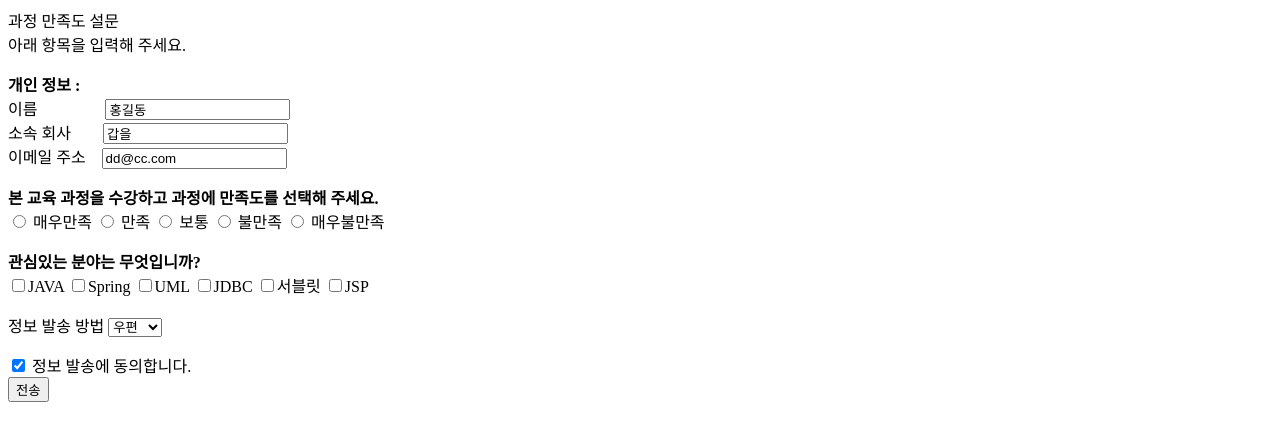
Repository: uj06134/Metabuild_JSP
Page: http://localhost/12_DB_Survey/insertForm.jsp
These files come from the project's save history. The page is drawn as it stood at one moment and after a run of saves; the edit follows.
The browser window is 1280 px wide. The pictures show the whole page.
The page is served by Tomcat 9. Other server files are loaded and not shown.

Above is the page before, as saved 2025-09-18 02:38:26.

### 12_DB_Survey/src/main/webapp/insertForm.jsp
<%@ page language="java" contentType="text/html; charset=UTF-8"
    pageEncoding="UTF-8"%>
<%@ taglib prefix="c" uri="http://java.sun.com/jsp/jstl/core" %>

<%
	application.setAttribute("flag","false");
%>

<body>
<%
	String[] satisfaction = {"매우만족","만족","보통","불만족","매우불만족"};
	String[] part = {"JAVA","Spring","UML","JDBC","서블릿","JSP"};
	pageContext.setAttribute("part",part);
%>

<form action="insert.sv" method="post">
	 과정 만족도 설문<br>
	 아래 항목을 입력해 주세요.<P>

	 <b>개인 정보 :</b><br>
	이름 　　　　<input type="text" name="name" value="홍길동"><br>
	소속 회사　　<input type="text" name="company" value="갑을"><br>
	이메일 주소　<input type="text" name="email" value="dd@cc.com"><br>
	<p>
	<b>본 교육 과정을 수강하고 과정에 만족도를 선택해 주세요.</b><br>
	<!-- <input type="radio" name = "satisfaction" value="매우만족" checked="checked">매우 만족
	<input type="radio" name = "satisfaction" value="만족">만족
	<input type="radio" name = "satisfaction" value="보통">보통
	<input type="radio" name = "satisfaction" value="불만족">불만족
	<input type="radio" name = "satisfaction" value="매우불만족">매우불만족  -->
	<c:forEach var="sf" items="<%=satisfaction%>">
    <input type="radio" name="satisfaction" value="${sf}"> ${sf}</input>
    </c:forEach>
	<p>
	<b>관심있는 분야는 무엇입니까?</b><br>

	<!-- <input type="checkbox" name = "part" value="JAVA">JAVA
	<input type="checkbox" name = "part" value="Spring">Spring
	<input type="checkbox" name = "part" value="UML" checked="checked">UML<br>
	<input type="checkbox" name = "part" value="JDBC">JDBC
	<input type="checkbox" name = "part" value="서블릿">서블릿
	<input type="checkbox" name = "part" value="JSP" checked="checked">JSP<br>  -->

<%
    for (int i = 0; i < part.length; i++) {
%>
		<input type="checkbox" name = "part" value="<%=part[i]%>"><%=part[i]%>
<%
    }
%>


	<p>
	정보 발송 방법 <select name="howto">
		<option value="email">email
		<option value="우편" selected="selected">우편
		</select>

	<p>
	<input type="checkbox" name="agree" checked="checked" value="1"> 정보 발송에 동의합니다.<br>
	<input type="submit" value="전송">
</form>

After the next 2 saves:
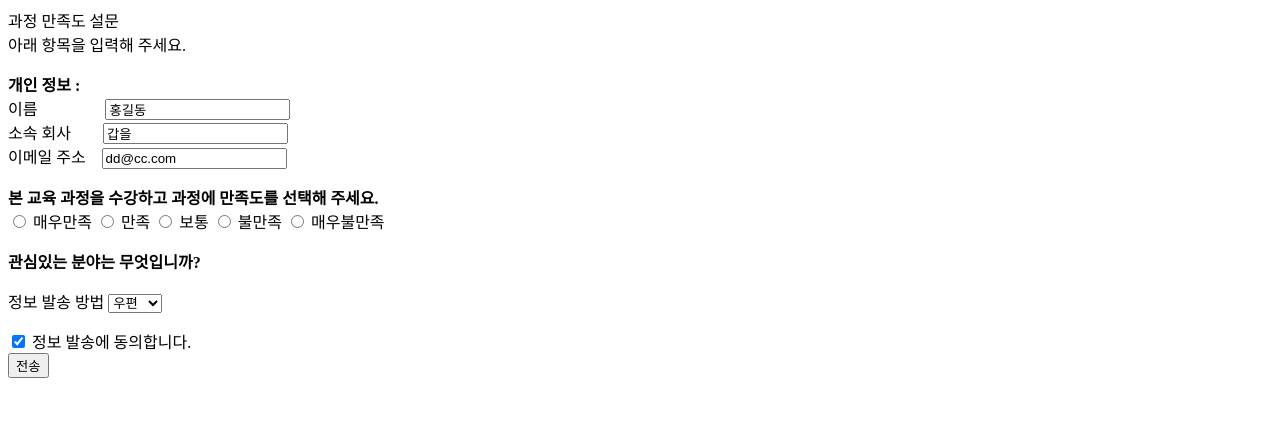
The 2 saves are shown as one change because they came seconds apart.
The last was saved 11 s later.
--- a/12_DB_Survey/src/main/webapp/insertForm.jsp
+++ b/12_DB_Survey/src/main/webapp/insertForm.jsp
@@ -41,14 +41,6 @@
 	<input type="checkbox" name = "part" value="서블릿">서블릿
 	<input type="checkbox" name = "part" value="JSP" checked="checked">JSP<br>  -->
 
-<%
-    for (int i = 0; i < part.length; i++) {
-%>
-		<input type="checkbox" name = "part" value="<%=part[i]%>"><%=part[i]%>
-<%
-    }
-%>
-
 
 	<p>
 	정보 발송 방법 <select name="howto">

After the save that followed:
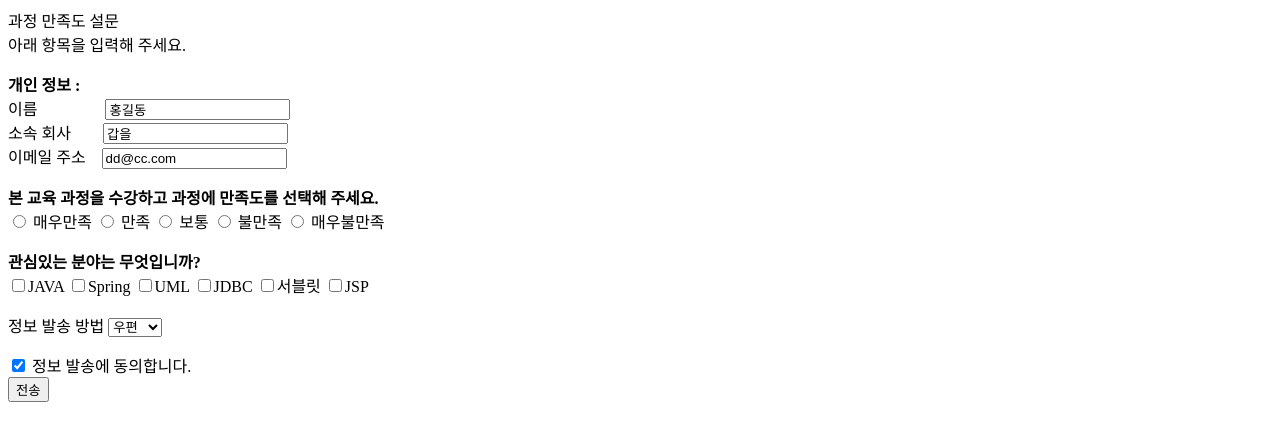
Saved 11 s later.
--- a/12_DB_Survey/src/main/webapp/insertForm.jsp
+++ b/12_DB_Survey/src/main/webapp/insertForm.jsp
@@ -40,7 +40,9 @@
 	<input type="checkbox" name = "part" value="JDBC">JDBC
 	<input type="checkbox" name = "part" value="서블릿">서블릿
 	<input type="checkbox" name = "part" value="JSP" checked="checked">JSP<br>  -->
-
+	<c:forEach var="p" items="${part }">
+        <input type="checkbox" name="part" value="${p }">${p}
+    </c:forEach>
 
 	<p>
 	정보 발송 방법 <select name="howto">
